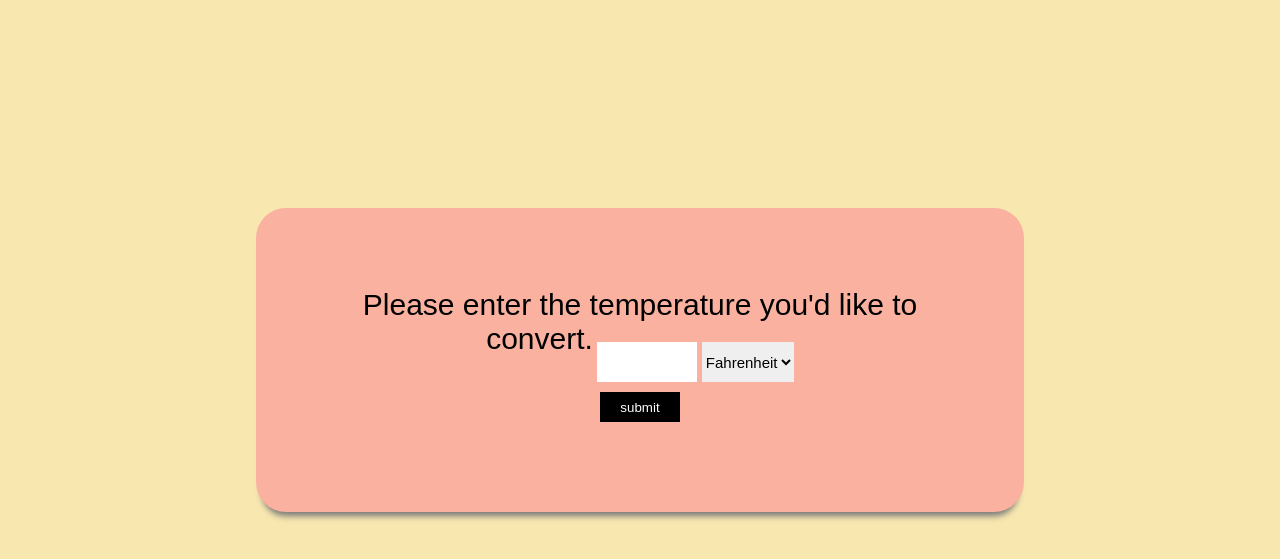
Repository: Mayur2905/OIBSIP
Page: Task-4/index.html
The author's editor kept a copy of each file at every save. The page is drawn from the files as they stood at one save, then again after the next save.
The browser window is 1280 px wide. The pictures show the whole page.

Above is the page before, as saved 2022-02-03 23:12:57.

After the next save:
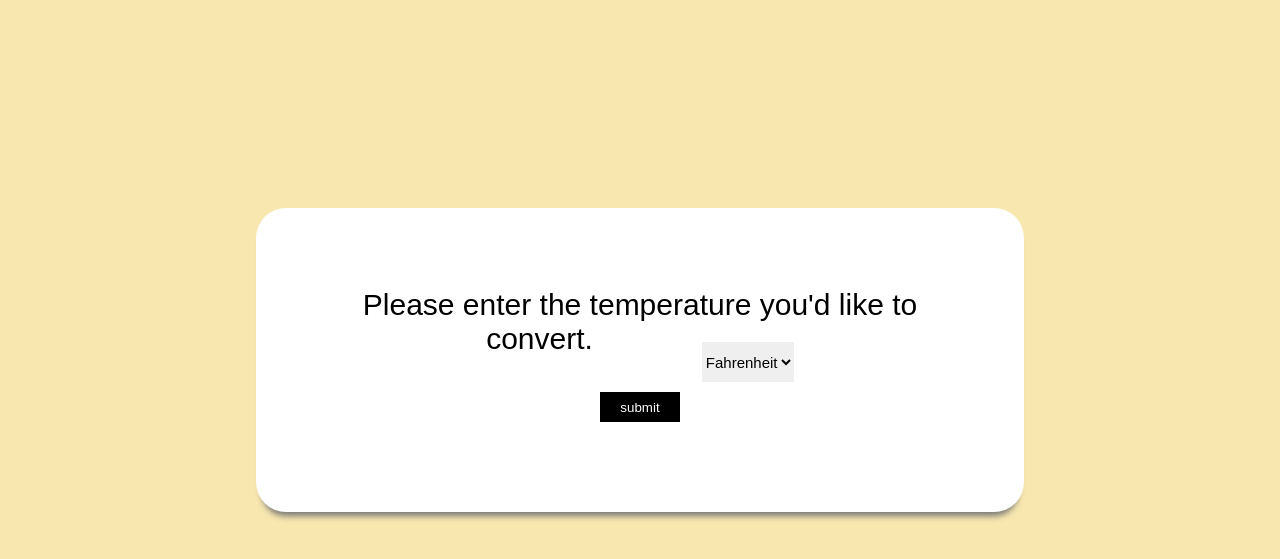
Saved 22 s later.
--- a/Task-4/style.css
+++ b/Task-4/style.css
@@ -14,7 +14,7 @@ body {
 }
 
 form {
-  background-color: #fab1a0;
+  background-color: #ffffff;
   padding: 80px;
   width: 60%;
   margin: 100px auto;
